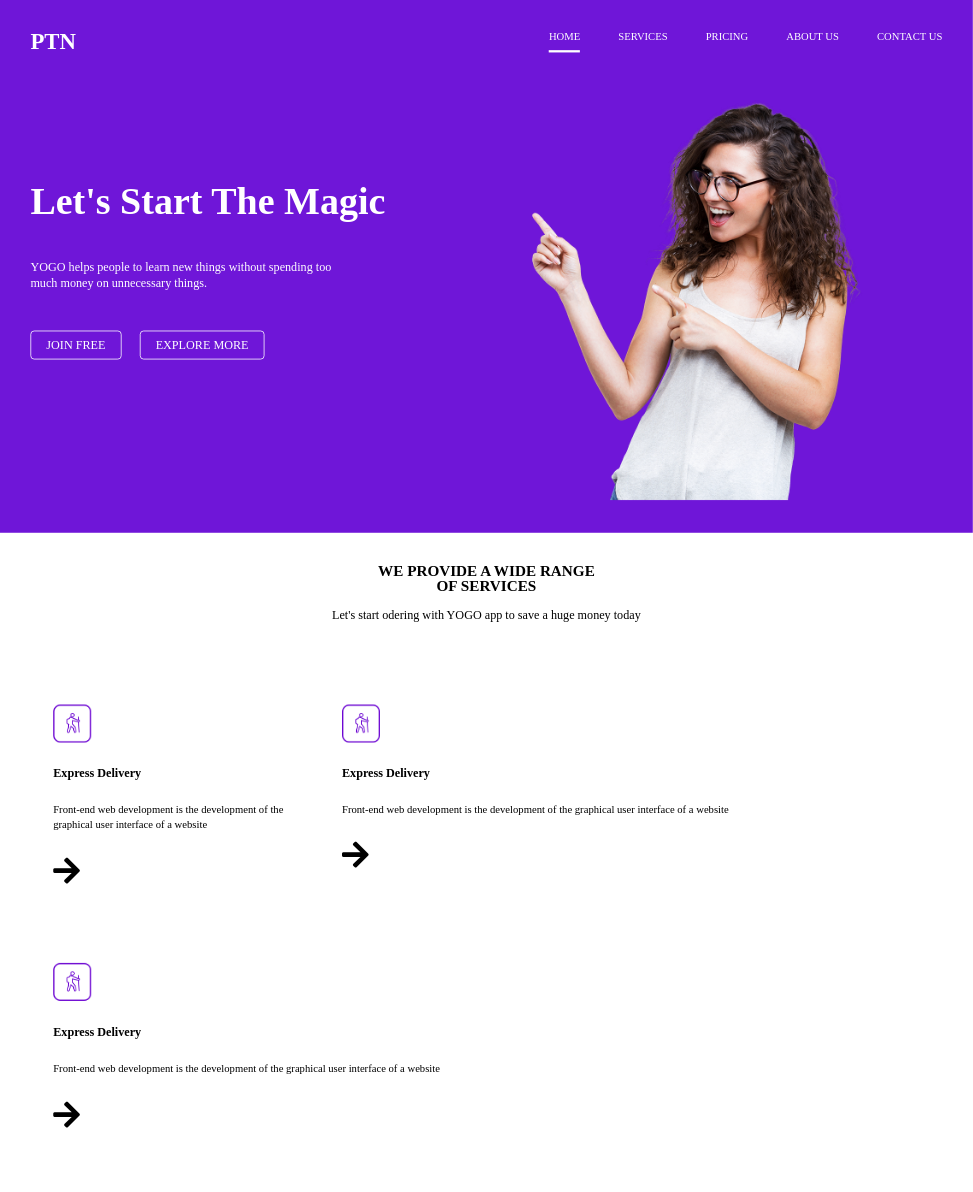
Repository: PhamTrungNguyen/LuyenTap
Page: index.html
These files come from the project's save history. The page is drawn as it stood at one moment and after a run of saves; the edit follows.
The browser window is 1280 px wide. The pictures show the whole page, at 76% of full size.
Some web fonts or font styles are not loaded; a fallback is used. The style sheet was rebuilt from its Sass, Less or Tailwind sources for each picture, by a compiler version that may differ from the author's.

Above is the page before, as saved 2021-12-05 19:54:45.

### index.html
<!DOCTYPE html>
<html lang="en">

<head>
    <meta charset="UTF-8">
    <meta http-equiv="X-UA-Compatible" content="IE=edge">
    <meta name="viewport" content="width=device-width, initial-scale=1.0">
    <title>TN_YoGo</title>
    <link rel="stylesheet" href="./reset.css">
    <link rel="stylesheet" href="./style.css">
    <!-- link truyền icon -->
    <link rel="stylesheet" href="https://cdnjs.cloudflare.com/ajax/libs/font-awesome/5.15.3/css/all.min.css"
        integrity="sha512-iBBXm8fW90+nuLcSKlbmrPcLa0OT92xO1BIsZ+ywDWZCvqsWgccV3gFoRBv0z+8dLJgyAHIhR35VZc2oM/gI1w=="
        crossorigin="anonymous" referrerpolicy="no-referrer" />
    <!-- link font chữ -->
    <link
        href="https://fonts.googleapis.com/css2?family=Roboto:ital,wght@0,300;0,400;1,300;1,400&family=Zen+Loop&display=swap"
        rel="stylesheet">
</head>

<body>
    <!-- -------------------- Logo và menu -------------------- -->
    <header class="header">
        <div class="container">
            <div class="header-main">
                <a href="#" class="header-main_logo">PTN</a>
                <ul class="header-main_menu">
                    <li class="header-main_menu__item">
                        <a href="" class="header-main_menu__link active-home">Home</a>
                    </li>
                    <li class="header-main_menu__item">
                        <a href="" class="header-main_menu__link">Services</a>
                    </li>
                    <li class="header-main_menu__item">
                        <a href="" class="header-main_menu__link">Pricing</a>
                    </li>
                    <li class="header-main_menu__item">
                        <a href="" class="header-main_menu__link">About Us</a>
                    </li>
                    <li class="header-main_menu__item">
                        <a href="" class="header-main_menu__link">Contact Us</a>
                    </li>
                </ul>
            </div>
            <!-- -------------------- Phần header trung tâm -------------------- -->
            <div class="header-center">
                <div class="header-left">
                    <h2 class="header-left_title">Let's Start The Magic</h2>
                    <p class="header-left_desc">YOGO helps people to learn new things without spending too much money on
                        unnecessary things.</p>
                    <div class="header-left_click">
                        <a href="" class="header-left_link">join free</a>
                        <a href="" class="header-left_link">explore more</a>
                    </div>
                </div>
                <div class="header-right">
                    <img src="./images/home-pic.png" alt="" class="header-right_image">
                </div>
            </div>
        </div>
    </header>
    <!-- -------------------- Phần service ( dưới header ) -------------------- -->
    <section class="service">
        <div class="container">
            <div class="service-over">
                <h2 class="service-over_title">we provide a wide range of services</h2>
                <p class="service-over_desc">Let's start odering with YOGO app to save a huge money today</p>
            </div>
            <div class="service-below">
                <div class="service-below__list">
                    <div class="service-below--block">
                        <img src="./images/Icon-1.png" alt="" class="service-below_icon">
                        <h3 class="service-below_title">Express Delivery</h3>
                        <span class="service-below_desc">Front-end web development is the development of the graphical user interface of a website</span>
                        <div class="service-below_item">
                            <i class="fas fa-arrow-right"></i>
                        </div>
                    </div>
                </div>
                <div class="service-below--list">
                    <div class="service-below--block">
                        <img src="./images/Icon-1.png" alt="" class="service-below_icon">
                        <h3 class="service-below_title">Express Delivery</h3>
                        <span class="service-below_desc">Front-end web development is the development of the graphical user interface of a website</span>
                        <div class="service-below_item">
                            <i class="fas fa-arrow-right"></i>
                        </div>
                    </div>
                </div>
                <div class="service-below--list">
                    <div class="service-below--block">
                        <img src="./images/Icon-1.png" alt="" class="service-below_icon">
                        <h3 class="service-below_title">Express Delivery</h3>
                        <span class="service-below_desc">Front-end web development is the development of the graphical user interface of a website</span>
                        <div class="service-below_item">
                            <i class="fas fa-arrow-right"></i>
                        </div>
                    </div>
                </div>

            </div>
        </div>
    </section>

</body>

</html>

### reset.css
/* http://meyerweb.com/eric/tools/css/reset/
   v2.0 | 20110126
   License: none (public domain)
*/

html,
body,
div,
span,
applet,
object,
iframe,
h1,
h2,
h3,
h4,
h5,
h6,
p,
blockquote,
pre,
a,
abbr,
acronym,
address,
big,
cite,
code,
del,
dfn,
em,
img,
ins,
kbd,
q,
s,
samp,
small,
strike,
strong,
sub,
sup,
tt,
var,
b,
u,
i,
center,
dl,
dt,
dd,
ol,
ul,
li,
fieldset,
form,
label,
legend,
table,
caption,
tbody,
tfoot,
thead,
tr,
th,
td,
article,
aside,
canvas,
details,
embed,
figure,
figcaption,
footer,
header,
hgroup,
menu,
nav,
output,
ruby,
section,
summary,
time,
mark,
audio,
video {
  margin: 0;
  padding: 0;
  border: 0;
  font-size: 100%;
  font: inherit;
  vertical-align: baseline;
}
/* HTML5 display-role reset for older browsers */
article,
aside,
details,
figcaption,
figure,
footer,
header,
hgroup,
menu,
nav,
section {
  display: block;
}
body {
  line-height: 1;
}
ol,
ul {
  list-style: none;
}
blockquote,
q {
  quotes: none;
}
blockquote:before,
blockquote:after,
q:before,
q:after {
  content: "";
  content: none;
}
table {
  border-collapse: collapse;
  border-spacing: 0;
}

### style.scss
html {
  font-size: 62.5%;
}
* {
  box-sizing: border-box;
}
body {
  font-family: "Bona Nova", serif;
  font-size: 1.6rem;
  font-weight: normal;
  outline: none;
}
a {
  text-decoration: none;
}
img {
  max-width: 100%;
}
.container {
  padding: 4rem;
}
.active-home {
  border-bottom: 3px solid white !important;
  padding-bottom: 10px;
}
.header {
  //-------------------- Logo và menu --------------------
  background-color: #6f16d8;
  &-main {
    // max-width: 1100px;
    display: flex;
    flex-direction: row;
    justify-content: space-between;
    &_logo {
      display: inline-block;
      text-transform: uppercase;
      font-size: 3rem;
      font-weight: 700;
      color: white;
    }
    &_menu {
      cursor: pointer;
      display: flex;
      flex-direction: row;
      position: relative;
      &__item:not(:last-child) {
        margin-right: 5rem;
      }
      &__link {
        text-transform: uppercase;
        display: inline-block;
        color: white;
        font-size: 1.4rem;
        border-bottom: 2px solid transparent;
        padding-bottom: 10px;
        transition: all 0.25s linear;
      }
      &__link:hover {
        color: black;
        border-bottom: 3px solid white;
      }
    }
  }
}
@media screen and (max-width: 767px) {
  .container {
    padding: 3rem;
  }
  .header-main {
    display: block;
    &_logo {
      display: block;
      text-align: center;
      padding-bottom: 1rem;
    }
  }
  .header-main_menu__item:not(:last-child) {
    margin-right: 1.4rem;
  }
  .header-main_menu__link {
    font-size: 1.5rem;
    text-transform: capitalize;
  }
}
//-------------------- Phần header trung tâm --------------------
.header {
  &-center {
    padding-top: 15rem;
    display: flex;
    justify-content: space-between;
  }
  &-left {
    margin-top: 2rem;
    &_title {
      color: white;
      font-size: 5rem;
      font-weight: bold;
      padding-bottom: 5rem;
    }
    &_desc {
      color: white;
      max-width: 400px;
      line-height: 1.4;
      padding-bottom: 5rem;
    }
    &_link {
      display: inline-block;
      padding: 1rem 2rem;
      color: white;
      text-transform: uppercase;
      border-radius: 0.5rem;
      border: 1px solid white;
      transition: all 0.25s linear;
      margin-right: 2rem;
    }
    &_link:hover {
      background-color: #fff;
      color: black;
    }
  }
  &-right {
    margin-right: 10rem;
    margin-top: -10rem;
    &_image {
      width: 45rem;
    }
  }
}
@media screen and (max-width: 1023px) {
  .header-left {
    margin-top: 0rem;
  }
  .header-center {
    padding-top: 8rem;
  }
  .header-right {
    margin-right: 0rem;
    margin-top: -3rem;
  }
  .header-left_title {
    padding-bottom: 3rem;
  }
  .header-left_desc {
    max-width: 350px;
    padding-bottom: 4rem;
  }
}
@media  screen and (max-width:767px){
  .header-center {
    padding-top: 4rem;
}
  .header-left_title {
    font-size: 2rem;
    padding-bottom: 2rem;
}
.header-right_image {
  width: 50rem;
  height: 24rem;
}
.header-right {
  margin-right: -3rem;
  margin-top: 0rem;
}
.header-left_desc {
  line-height: 1.2;
  padding-bottom: 0rem;
  font-size: 1.2rem;
}
.header-left_link {
  margin-top: 2rem;
  padding: 0.5rem 1rem;
  font-size: 1.5rem;
  margin-right: 0rem;
  max-width: 10rem;
  text-align: center;
}
}
//-------------------- Phần service ( dưới header ) --------------------
.service
{
  &-over
  {
    padding-bottom: 5rem;
    text-align: center;
    &_title
    {
      margin: 0 auto;
      text-transform: uppercase;
      color: black;
      font-size: 2rem;
      font-weight: 600;
      max-width:300px;
      padding-bottom: 2rem;
    }
  }
  &-below
  {
    display:flex;
    flex-wrap: wrap;
    &--block{
      padding:6rem 3rem 4rem 3rem;
      // background-color: #6f16d8;
      border-radius:1rem;
    }
    &__list{
      width: calc(33.33% - 2rem);
      transition: all 0.5s ease;
    }
    &--list:hover{
      .service-below--block{
        transition: all 0.5s ease;
        background-color: #6f16d8
      }
    }
    &--list:not(:last-child)
    {
      margin-right: 3rem;

    }
    &_icon {
     width:5rem;
     height:5rem;
     margin-bottom: 3rem;
    }
    &_title{
      color: black;
      font-weight: 600;
      margin-bottom: 3rem;
    }
    &_desc{
      color: black;
      line-height:1.4;
      word-break: break-word;
      font-size: 1.4rem;
    }
    &_item{
      margin-top: 3rem;
      font-size: 4rem;
    }
  }
}

After the next 2 saves:
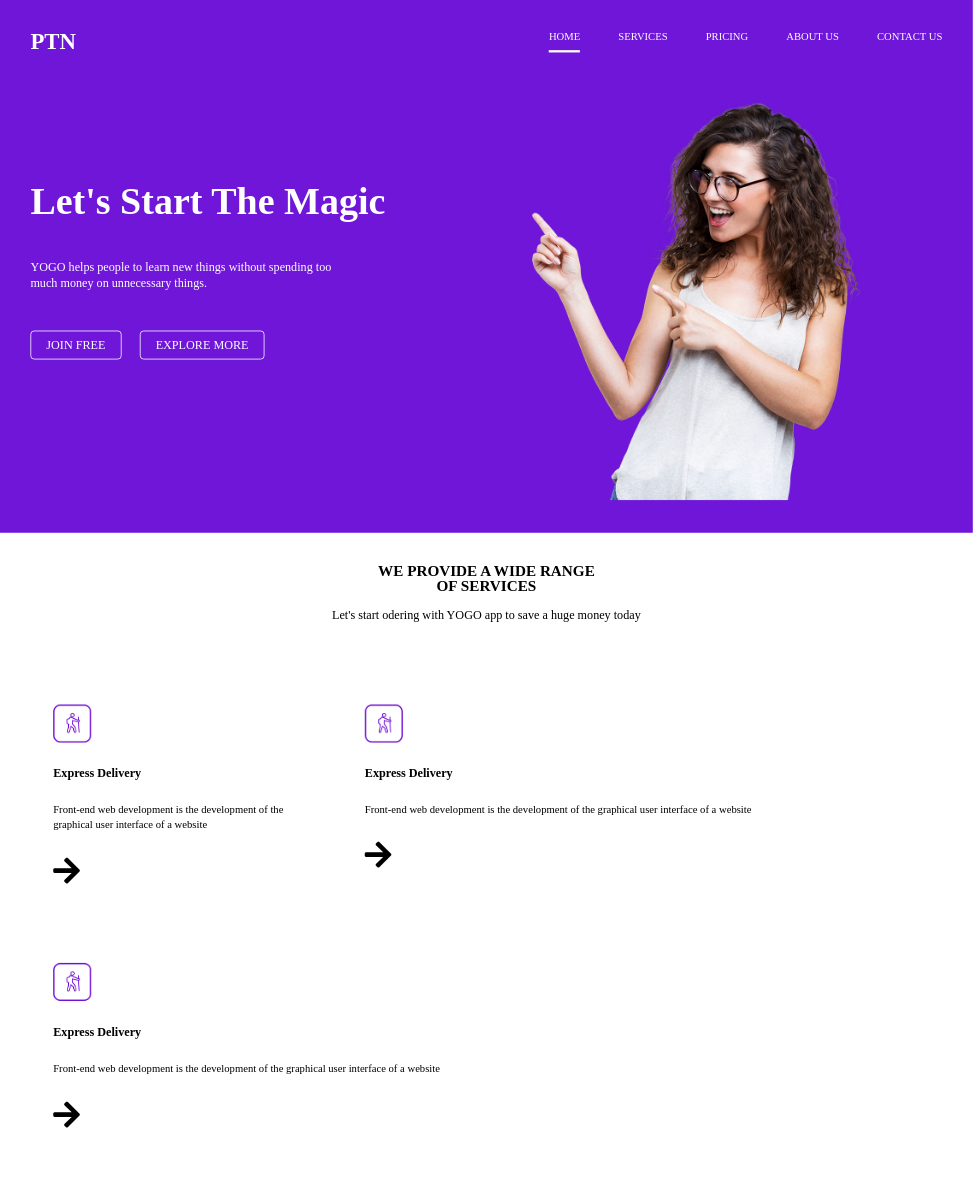
The 2 saves are shown as one change because they came seconds apart.
The last was saved 6 s later.
--- a/style.scss
+++ b/style.scss
@@ -206,13 +206,13 @@ img {
       width: calc(33.33% - 2rem);
       transition: all 0.5s ease;
     }
-    &--list:hover{
+    &__list:hover{
       .service-below--block{
         transition: all 0.5s ease;
         background-color: #6f16d8
       }
     }
-    &--list:not(:last-child)
+    &__list:not(:last-child)
     {
       margin-right: 3rem;
 
